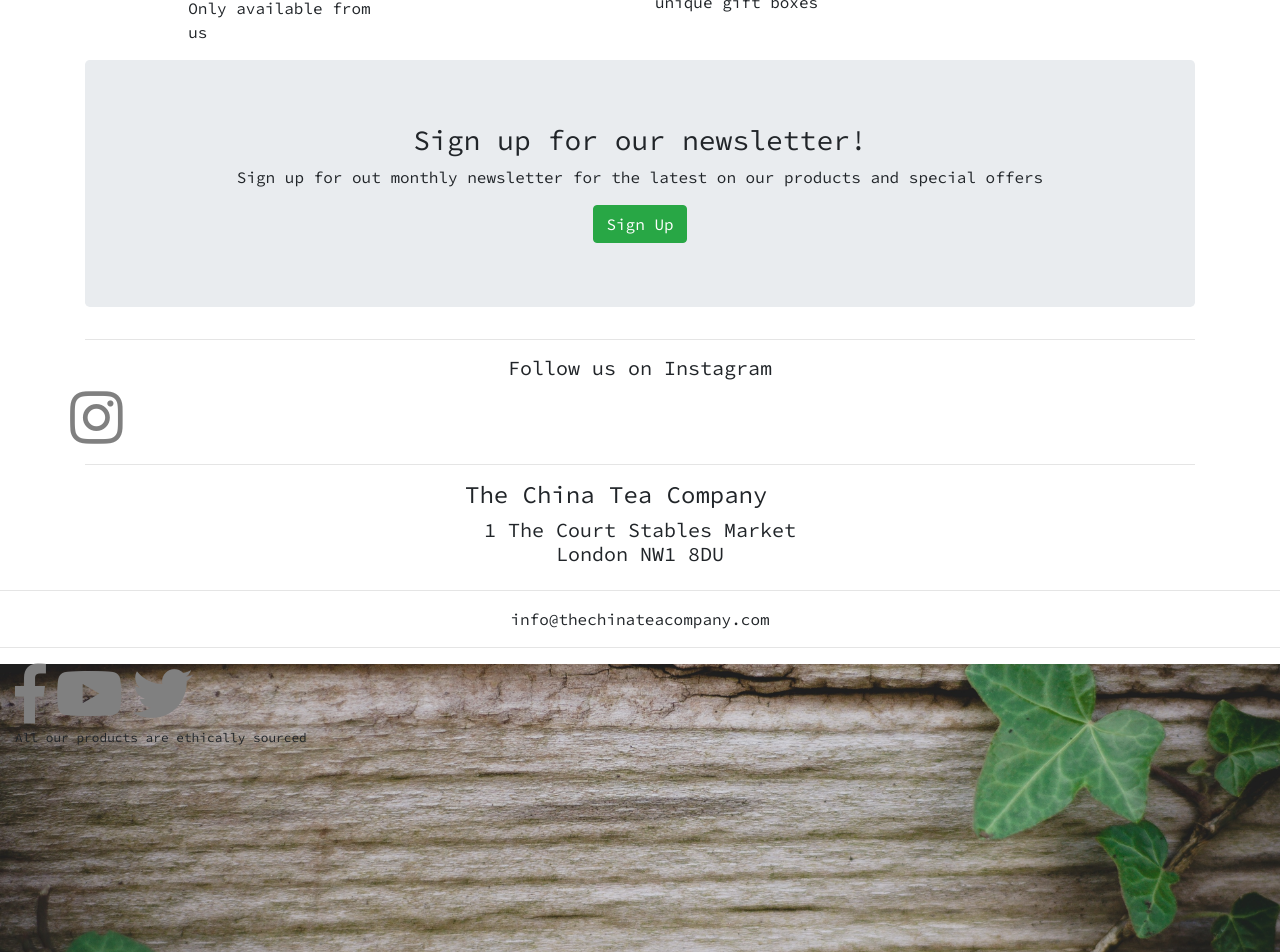
Repository: Code-Institute-Submissions/china-tea
Page: index.html
The author's editor kept a record of every edit. The page is drawn from the files as they stood at one moment, then again after the next edit.
The browser window is 1280 px wide. The pictures show the part of the page from y = 1173 to 2125 px (the page is 2125 px tall before and 1937 px after).
Backgrounds fixed to the window are drawn as part of the page. Some web libraries are served in a nearby version.

Above is the page before.

After the next edit:
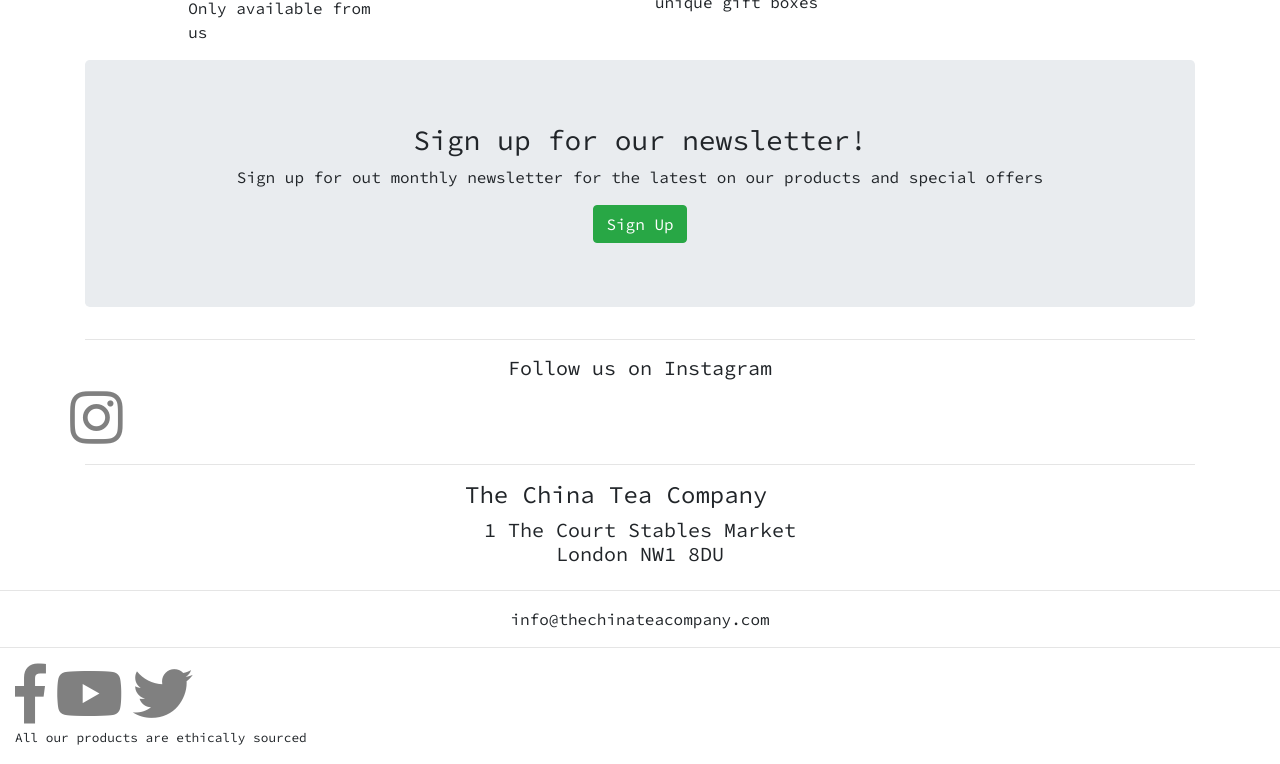
The edit:
--- a/assets/style.css
+++ b/assets/style.css
@@ -52,7 +52,11 @@
 .tea-bags-img {
     height:10vh;
     width:50%;
-}
+    display:
+
+
+
+
 
 .jumbotron-container {}
 

After the edit that followed:
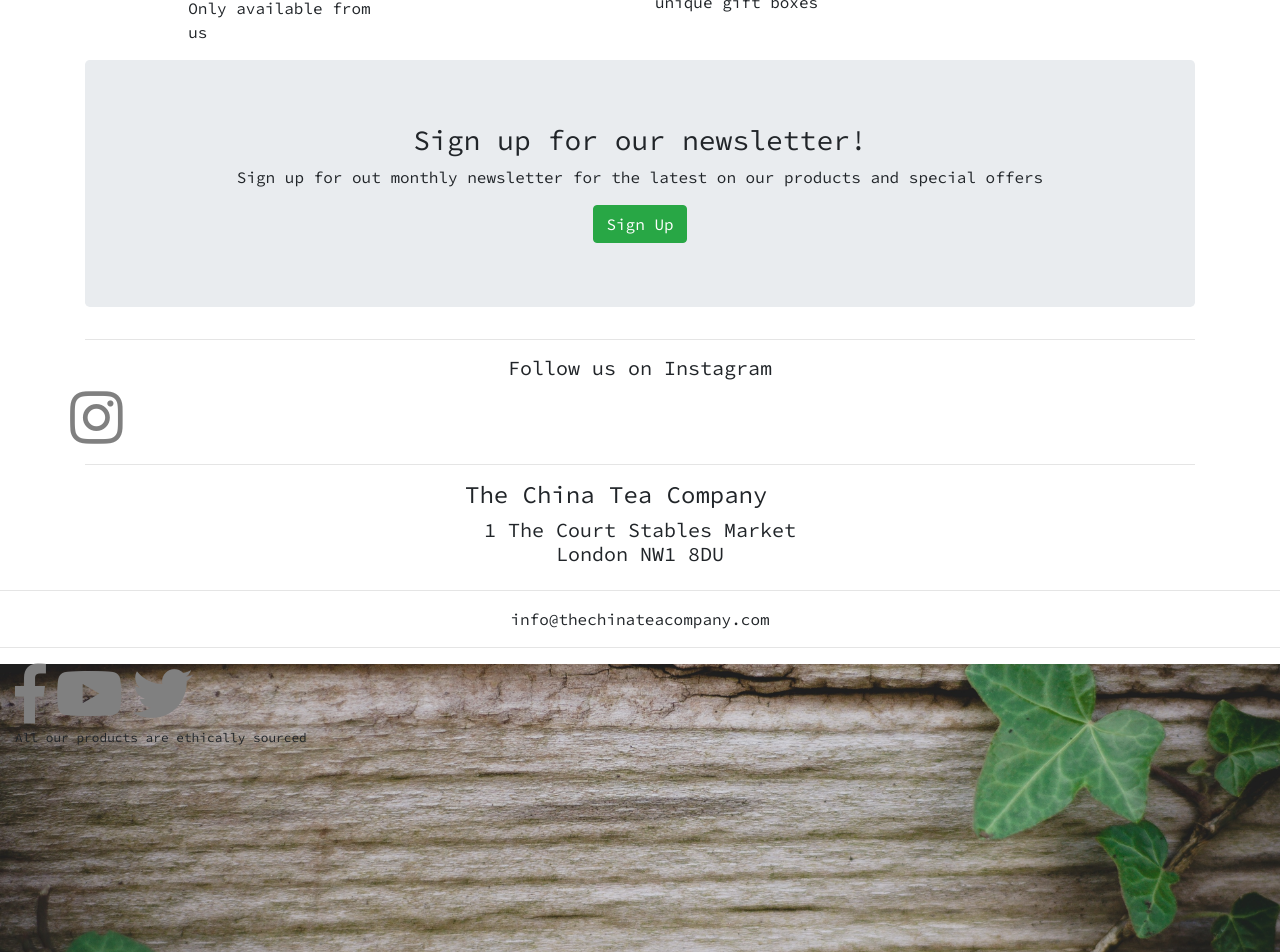
The edit:
--- a/assets/style.css
+++ b/assets/style.css
@@ -52,7 +52,7 @@
 .tea-bags-img {
     height:10vh;
     width:50%;
-    display:
+}
 
 
 
